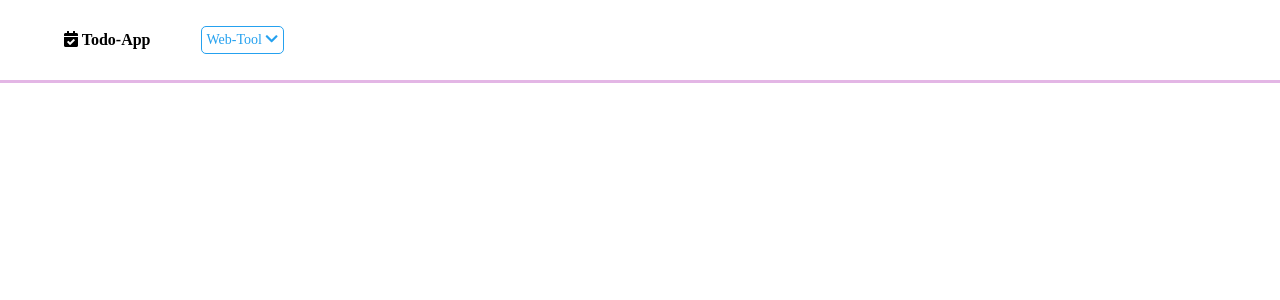
Repository: Hiroshii-m/todo_vue
Page: index.html
The author's editor kept a copy of each file at every save. The page is drawn from the files as they stood at one save, then again after the next save.
The browser window is 1280 px wide. The pictures show the whole page.
The style sheet was rebuilt from its Sass, Less or Tailwind sources for each picture, by a compiler version that may differ from the author's.

Above is the page before, as saved 2021-06-26 17:35:11.

After the next save:
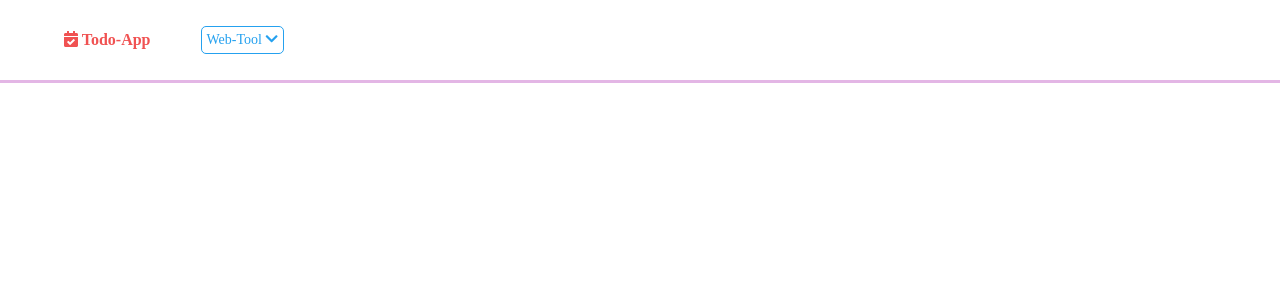
Saved 14 s later.
--- a/src/scss/style.scss
+++ b/src/scss/style.scss
@@ -24,6 +24,7 @@
     &__home {
         margin-right: 50px;
         font-weight: bold;
+        color: var(--color_red);
     }
     &__other {
         font-size: var(--font-size_m);
